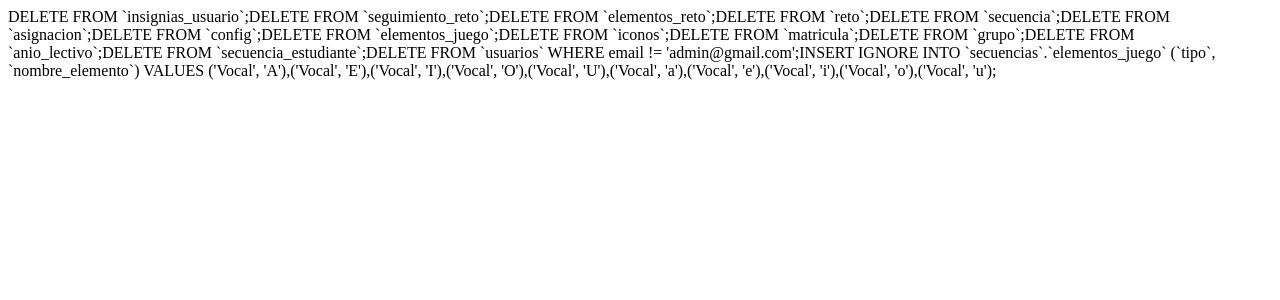
Repository: natoncia33/secuencias
Page: http://localhost/secuencias/eliminar_todo.php
The author's editor kept a record of every edit. The page is drawn from the files as they stood at one moment, then again after the next edit.
The browser window is 1280 px wide. The pictures show the whole page.
The page is run by PHP 8.4 with error messages shown; the project is at /var/www/html/.

Above is the page before.

### secuencias/eliminar_todo.php
<?php
require ("config/conexion.php");
$sql = "DELETE FROM `insignias_usuario`;";
$sql .= "DELETE FROM `seguimiento_reto`;";
$sql .= "DELETE FROM `elementos_reto`;";
$sql .= "DELETE FROM `reto`;";
$sql .= "DELETE FROM `secuencia`;";
$sql .= "DELETE FROM `asignacion`;";
#$sql .= "DELETE FROM `avatar`;";
$sql .= "DELETE FROM `config`;";
$sql .= "DELETE FROM `elementos_juego`;";
$sql .= "DELETE FROM `iconos`;";
#$sql .= "DELETE FROM `insignia`;";
$sql .= "DELETE FROM `matricula`;";
$sql .= "DELETE FROM `grupo`;";
$sql .= "DELETE FROM `anio_lectivo`;";
$sql .= "DELETE FROM `secuencia_estudiante`;";
$sql .= "DELETE FROM `usuarios` WHERE email != 'admin@gmail.com';";
$sql .= "INSERT IGNORE INTO `secuencias`.`elementos_juego` (`tipo`, `nombre_elemento`) VALUES ('Vocal', 'A'),('Vocal', 'E'),('Vocal', 'I'),('Vocal', 'O'),('Vocal', 'U'),('Vocal', 'a'),('Vocal', 'e'),('Vocal', 'i'),('Vocal', 'o'),('Vocal', 'u');";
echo $sql;
//$mysqli->multi_query($sql);
?>

### secuencias/config/conexion.php
<?php
/*
$servidorbd = 'sql211.55freehost.com';
$usuariobd = 'hzree_19182551';
$passwordbd = 'notieneclaveparaestesoftware';
$basededatos = 'hzree_19182551_secuencias';
*/
$servidorbd = 'localhost';
$usuariobd = 'secuencias';
$passwordbd = 'secuenciasaaam';
$basededatos = 'secuencias';
$mysqli = new mysqli ($servidorbd,$usuariobd,$passwordbd,$basededatos);
if (mysqli_connect_errno()){
echo "error".mysqli_connect_errno();}else{
if($mysqli){
mysqli_set_charset($mysqli,'utf8');
}
}
 ini_set('date.timezone', 'America/Bogota');
 date_default_timezone_set('America/Bogota');
$results = $mysqli->query("SET session wait_timeout=28800", FALSE);//solución error 2006
$results = $mysqli->query("SET session interactive_timeout=28800", FALSE);//solución error 2006
/*URL Raiz*/
$url_raiz = str_replace("\\","/",dirname(__FILE__));
$url_raiz = str_replace($_SERVER['DOCUMENT_ROOT'],"",$url_raiz);
$url_raiz = "//".$_SERVER['SERVER_NAME']."/".$url_raiz;
$url_raiz =  str_replace("config","",$url_raiz);

 ?>

After the next edit:
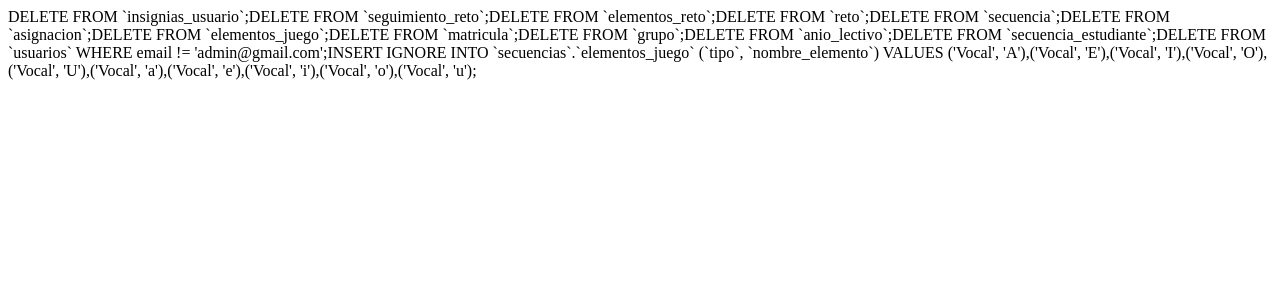
The edit:
--- a/secuencias/eliminar_todo.php
+++ b/secuencias/eliminar_todo.php
@@ -7,9 +7,8 @@
 $sql .= "DELETE FROM `secuencia`;";
 $sql .= "DELETE FROM `asignacion`;";
 #$sql .= "DELETE FROM `avatar`;";
-$sql .= "DELETE FROM `config`;";
 $sql .= "DELETE FROM `elementos_juego`;";
-$sql .= "DELETE FROM `iconos`;";
+#$sql .= "DELETE FROM `iconos`;";
 #$sql .= "DELETE FROM `insignia`;";
 $sql .= "DELETE FROM `matricula`;";
 $sql .= "DELETE FROM `grupo`;";
